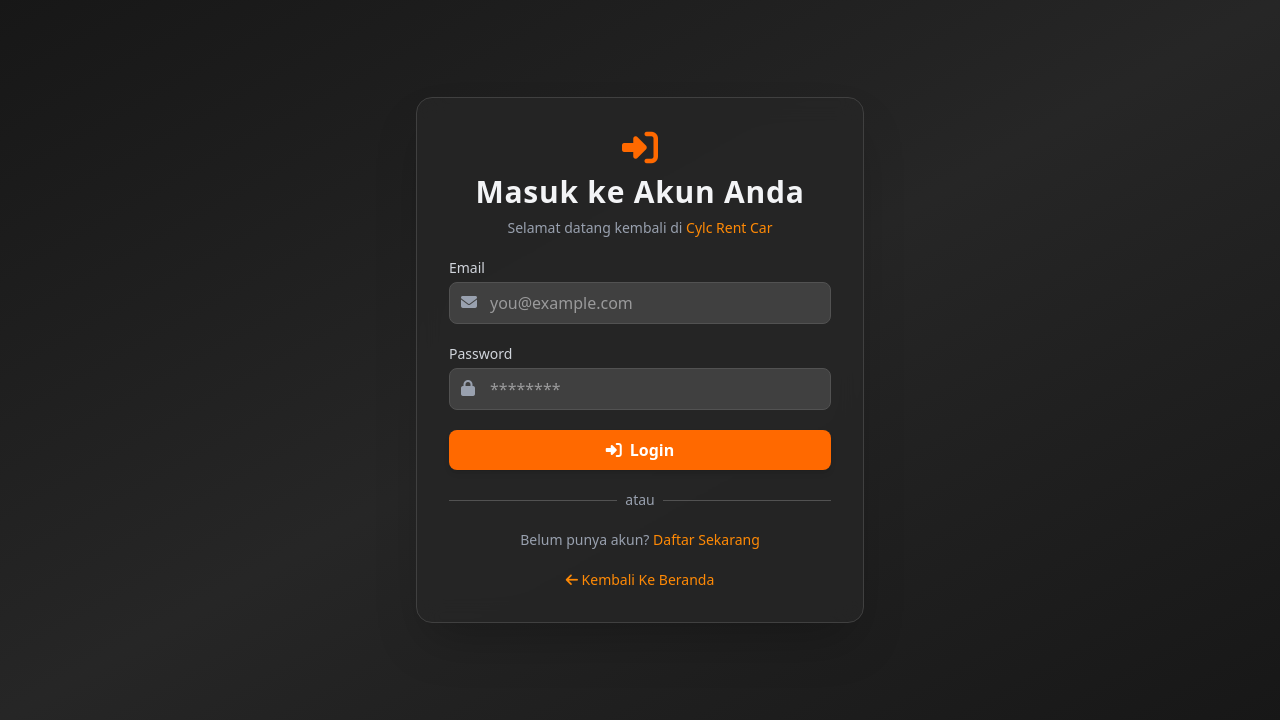
Repository: Fadlan079/FinalProject-RentalMobil
Page: http://localhost/index.php?action=login
The author's editor kept a copy of each file at every save. The page is drawn from the files as they stood at one save, then again after a run of saves.
The browser window is 1280 px wide. The pictures show the whole page.
Some web libraries are served in a nearby version. The page is run by PHP 8.4 with error messages shown; the project is at /var/www/html/. Style sheets and scripts are compiled from the project's sources, by tool versions that may differ from the author's.

Above is the page before, as saved 2025-11-12 13:07:05.

After the next 3 saves:
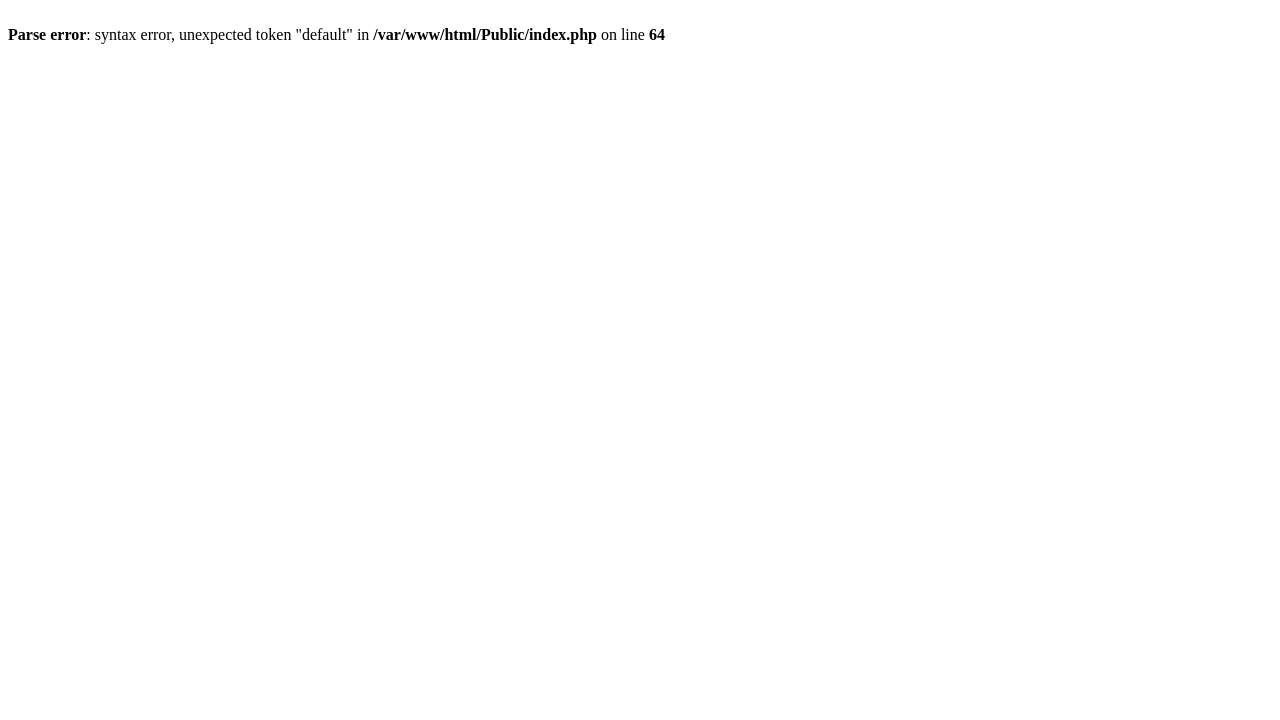
The 3 saves are shown as one change because they came seconds apart.
The last was saved 27 s later.
--- a/Public/index.php
+++ b/Public/index.php
@@ -56,6 +56,7 @@
     case 'store-profile-pegawai':
         $Pegawaicontroller->Storeprofile();
         break;
+    case ''
     //ADMIN
 
 

After the save that followed:
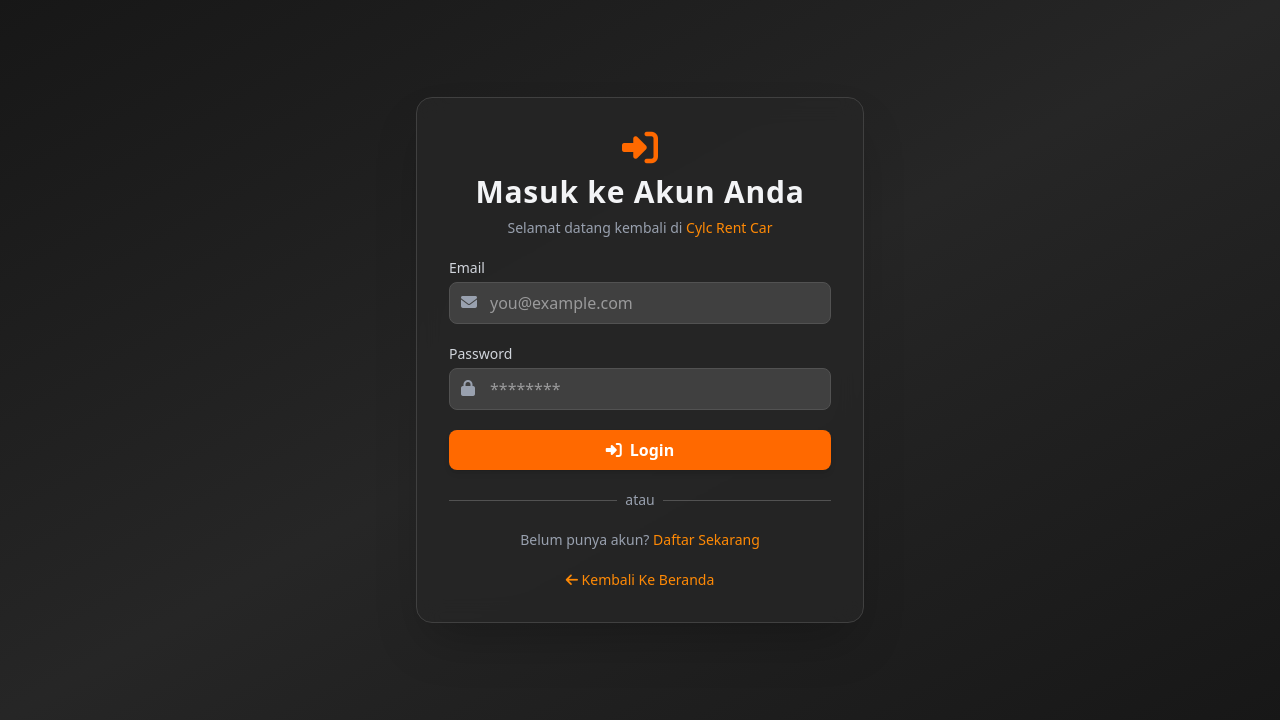
Saved 3 s later.
--- a/Public/index.php
+++ b/Public/index.php
@@ -56,7 +56,8 @@
     case 'store-profile-pegawai':
         $Pegawaicontroller->Storeprofile();
         break;
-    case ''
+    case '':
+
     //ADMIN
 
 
--- a/App/Models/mobil.php
+++ b/App/Models/mobil.php
@@ -70,14 +70,16 @@ class Mobil{
             }
 
             if (!empty($kursi) && $kursi != 'semua') {
-                if ($kursi == '2') {
-                    $sql .= " AND tipemobil.kursi = 2";
-                } elseif ($kursi == '4-5') {
-                    $sql .= " AND tipemobil.kursi BETWEEN 4 AND 5";
-                } elseif ($kursi == '6-8') {
-                    $sql .= " AND tipemobil.kursi BETWEEN 6 AND 8";
-                }
-            }
+                    if ($kursi === '2') {
+                        $sql .= " AND tipemobil.kursi = 2";
+                    }
+                    elseif ($kursi === '4-5') {
+                        $sql .= " AND tipemobil.kursi IN (4, 5)";
+                    }
+                    elseif ($kursi === '6-8') {
+                        $sql .= " AND tipemobil.kursi IN (6, 7, 8)";
+                    }
+                }
 
             $sql .= " ORDER BY
         CASE
@@ -134,13 +136,16 @@ class Mobil{
                 $params[] = $bhn_bkr;
             }
 
+
             if (!empty($kursi) && $kursi != 'semua') {
-                if ($kursi == '2') {
+                if ($kursi === '2') {
                     $sql .= " AND tipemobil.kursi = 2";
-                } elseif ($kursi == '4-5') {
-                    $sql .= " AND tipemobil.kursi BETWEEN 4 AND 5";
-                } elseif ($kursi == '6-8') {
-                    $sql .= " AND tipemobil.kursi BETWEEN 6 AND 8";
+                }
+                elseif ($kursi === '4-5') {
+                    $sql .= " AND tipemobil.kursi IN (4, 5)";
+                }
+                elseif ($kursi === '6-8') {
+                    $sql .= " AND tipemobil.kursi IN (6, 7, 8)";
                 }
             }
 
